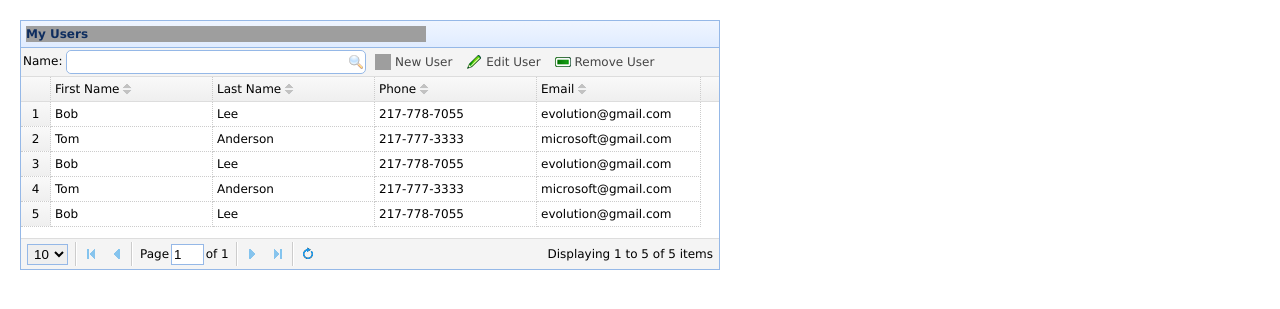
Repository: fslichen/EasyUI_Project_Management
Page: EasyUI_Project_Management/src/main/resources/static/evolution.html
These files come from the project's save history. The page is drawn as it stood at one moment and after the next save; the edit follows.
The browser window is 1280 px wide. The pictures show the whole page.
Pictures or frames that could not be fetched are drawn as grey boxes. The page's requests for data from a server got no answer.

Above is the page before, as saved 2017-06-25 14:05:37.
Console error: TypeError: $(...).edatagrid is not a function

After the next save:
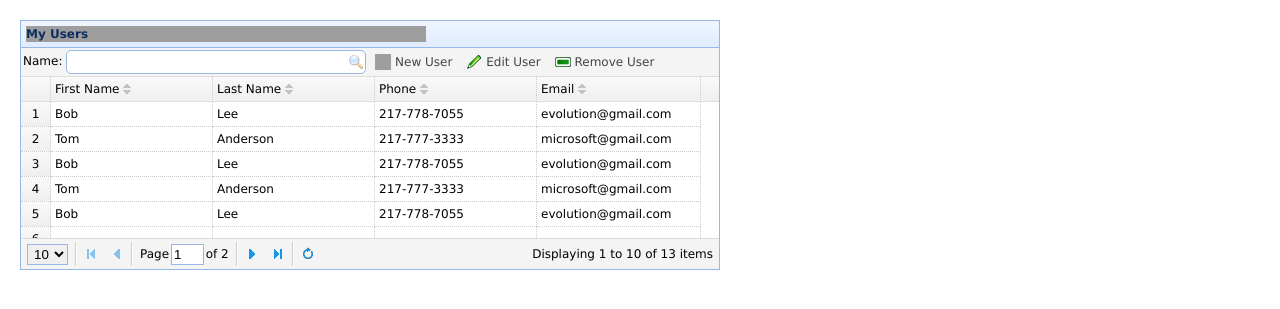
The error is gone.
Saved 2 min 22 s later.
--- a/EasyUI_Project_Management/src/main/resources/static/evolution.html
+++ b/EasyUI_Project_Management/src/main/resources/static/evolution.html
@@ -30,17 +30,11 @@ function columns(tableId) {
 	});
 }
 function addRow() {
-	$('#dg').edatagrid('addRow', {
-		index : 2,
-		row : {
-			firstname : 'Tim',
-			lastname : 'Cook',
-			phone : '217-811-9023',
-			email : 'apple@google.com'
-		}
+	$('#dg').datagrid('appendRow',{
+		name: 'new name',
+		age: 30,
+		note: 'some messages'
 	});
-	alert('Done');
-	$('#dg').datagrid('saveRow');
 }
 $(document).ready(function() {
 	var request = {name : 'Chen'};
